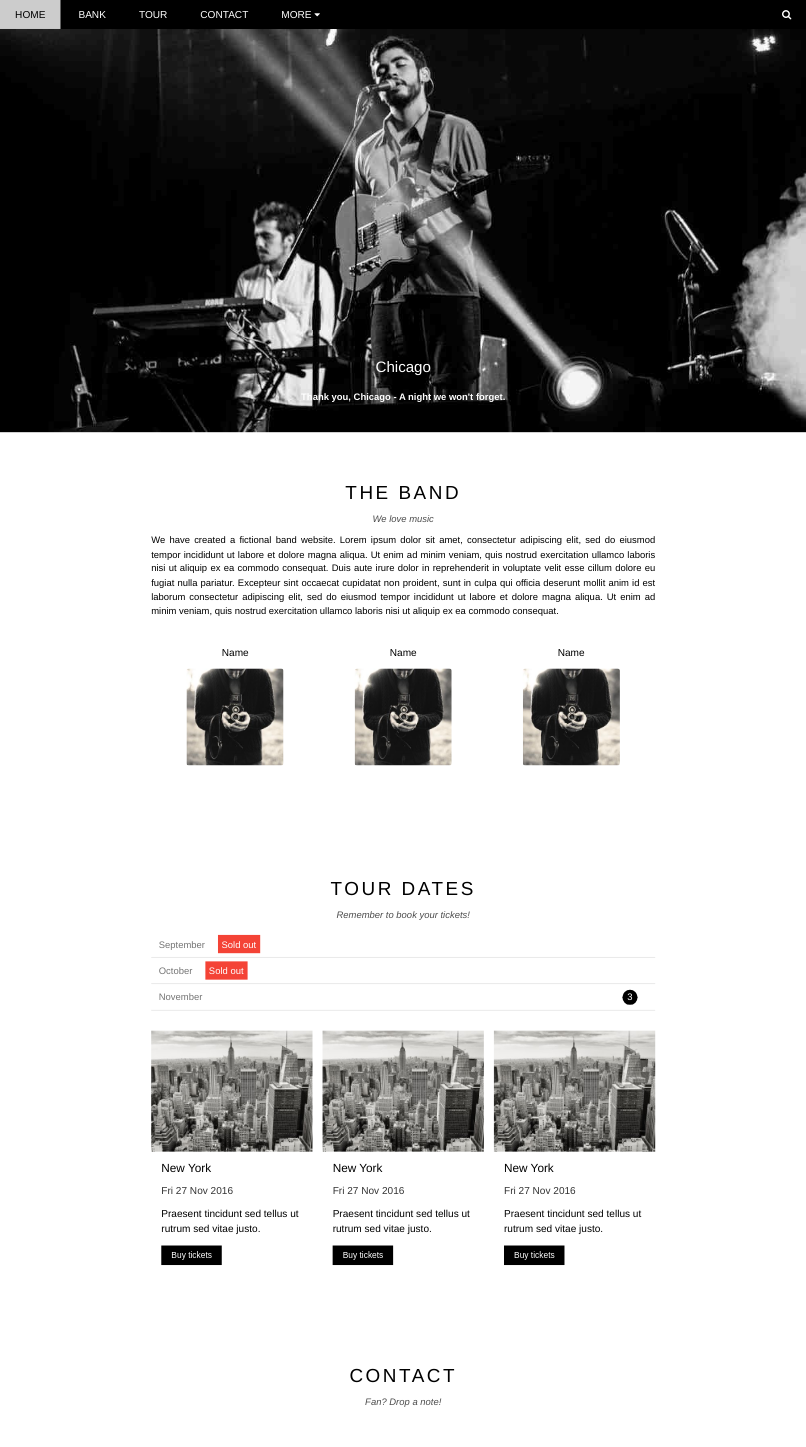
Repository: vuongtm1999/TheBand_W3School
Page: index.html
The author's editor kept a copy of each file at every save. The page is drawn from the files as they stood at one save, then again after the next save.
The browser window is 1280 px wide. The pictures show the whole page, at 63% of full size.

Above is the page before, as saved 2022-08-28 09:12:42.

After the next save:
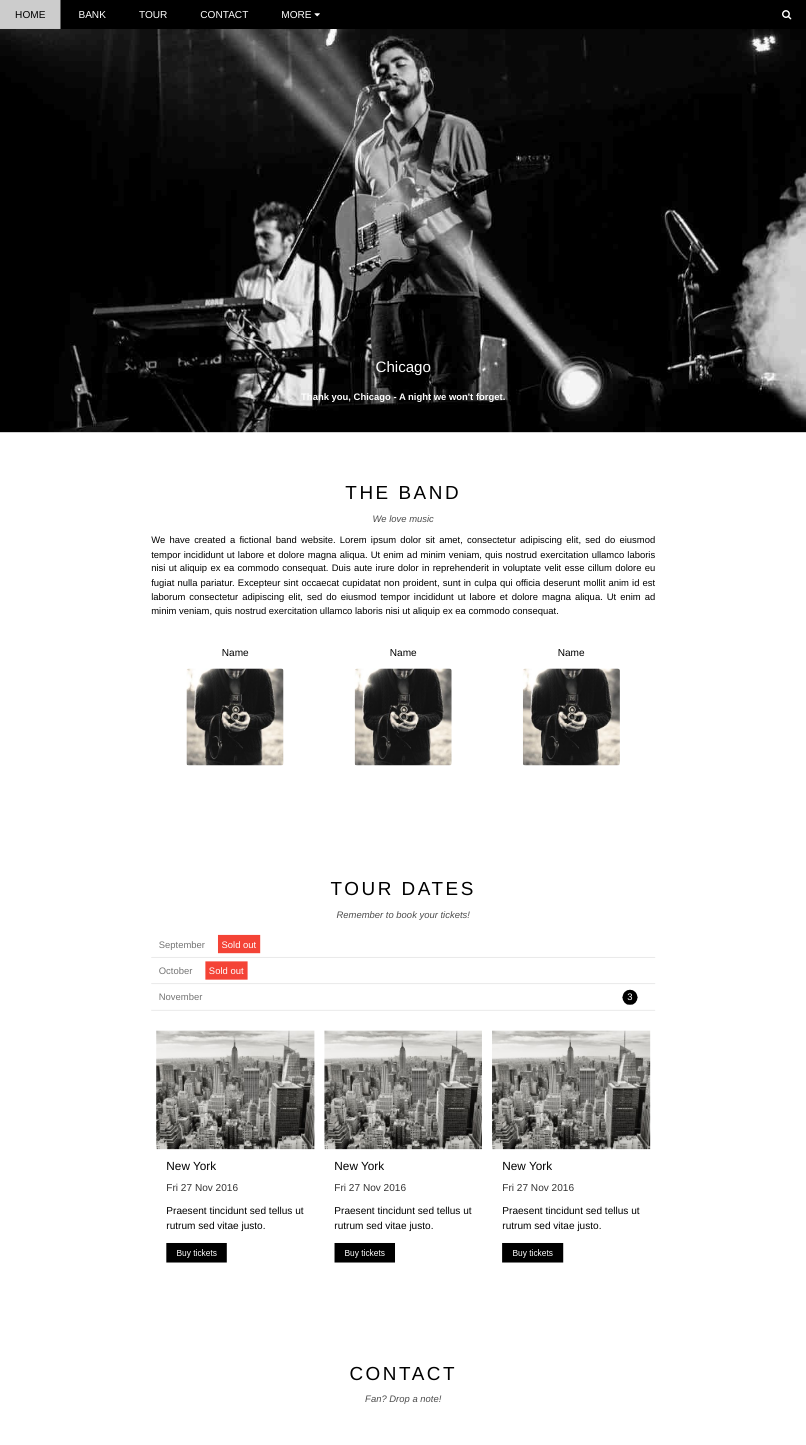
Saved 9 s later.
--- a/index.html
+++ b/index.html
@@ -90,7 +90,7 @@
                         <li>November <span class="quantity">3</span></li>
                     </ul>
 
-                    <div class="row place-ticket">
+                    <div class="place-ticket">
 
                         <div class="place-item">
                             <img src="assets/img/place/newyork.jpg" alt="img-ticket" class="place-img">
